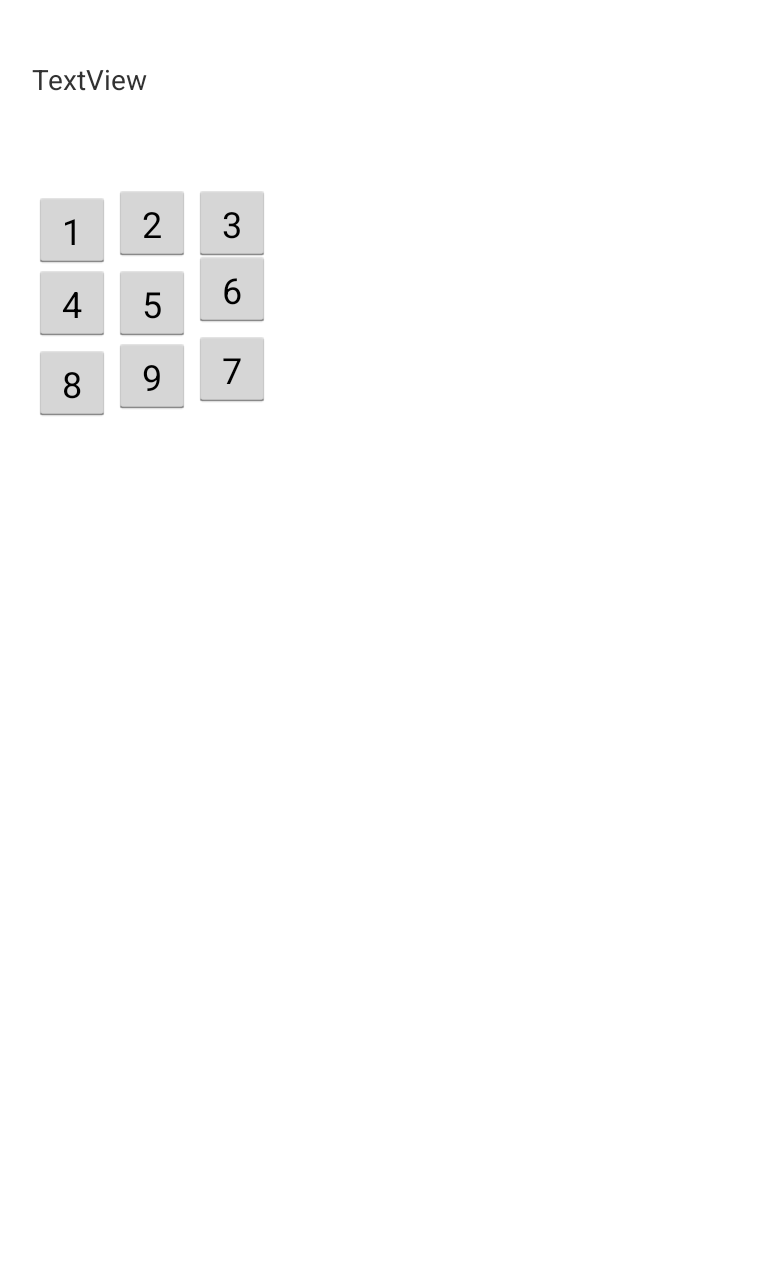
Repository: khushboop-optimus/Android-Assignment
Layout: calculator/res/layout/activity_main.xml
These files come from the project's save history. The layout is drawn as it stood at one moment and after the next save; the edit follows.
It is drawn on a 768 x 1280 px phone screen (xhdpi) without system bars, with theme AppTheme; the app's code is not run.

Above is the layout before, as saved 2013-09-13 04:21:41.

### calculator/res/layout/activity_main.xml
<RelativeLayout xmlns:android="http://schemas.android.com/apk/res/android"
    xmlns:tools="http://schemas.android.com/tools"
    android:layout_width="match_parent"
    android:layout_height="match_parent"
    android:paddingBottom="@dimen/activity_vertical_margin"
    android:paddingLeft="@dimen/activity_horizontal_margin"
    android:paddingRight="@dimen/activity_horizontal_margin"
    android:paddingTop="@dimen/activity_vertical_margin"
    tools:context=".MainActivity" >


            <Button
                android:id="@+id/2"
                android:layout_width="40dp"
                android:layout_height="40dp"
                android:layout_alignBaseline="@+id/1"
                android:layout_alignBottom="@+id/1"
                android:layout_toRightOf="@+id/1"
                android:text="2" />

            <Button
                android:id="@+id/4"
                android:layout_width="40dp"
                android:layout_height="40dp"
                android:layout_below="@+id/2"
                android:layout_toLeftOf="@+id/2"
                android:text="4" />

            <Button
                android:id="@+id/8"
                android:layout_width="40dp"
                android:layout_height="40dp"
                android:layout_below="@+id/4"
                android:layout_toLeftOf="@+id/2"
                android:text="8" />

            <Button
                android:id="@+id/9"
                android:layout_width="40dp"
                android:layout_height="40dp"
                android:layout_alignBaseline="@+id/8"
                android:layout_alignBottom="@+id/8"
                android:layout_alignLeft="@+id/2"
                android:text="9" />

            <Button
                android:id="@+id/3"
                android:layout_width="40dp"
                android:layout_height="40dp"
                android:layout_above="@+id/4"
                android:layout_toRightOf="@+id/9"
                android:text="3" />

            <Button
                android:id="@+id/7"
                android:layout_width="40dp"
                android:layout_height="40dp"
                android:layout_alignBaseline="@+id/9"
                android:layout_alignBottom="@+id/9"
                android:layout_alignLeft="@+id/3"
                android:text="7" />

            <Button
                android:id="@+id/5"
                android:layout_width="40dp"
                android:layout_height="40dp"
                android:layout_below="@+id/2"
                android:layout_toRightOf="@+id/1"
                android:text="5" />

            <Button
                android:id="@+id/6"
                android:layout_width="40dp"
                android:layout_height="40dp"
                android:layout_above="@+id/7"
                android:layout_alignLeft="@+id/7"
                android:text="6" />

            <TextView
                android:id="@+id/textView1"
                android:layout_width="500dp"
                android:layout_height="40dp"
                android:layout_alignParentTop="true"
                android:layout_marginTop="14dp"
                android:text="TextView" />

            <Button
                android:id="@+id/1"
                android:layout_width="40dp"
                android:layout_height="40dp"
                android:layout_alignLeft="@+id/textView1"
                android:layout_below="@+id/textView1"
                android:layout_marginTop="25dp"
                android:text="1" />

</RelativeLayout>

Loaded but not shown: calculator/res/values/styles.xml (common file); calculator/res/values-v11/styles.xml (common file); calculator/res/values-v14/styles.xml (common file); calculator/res/values/dimens.xml (common file)

After the next save:
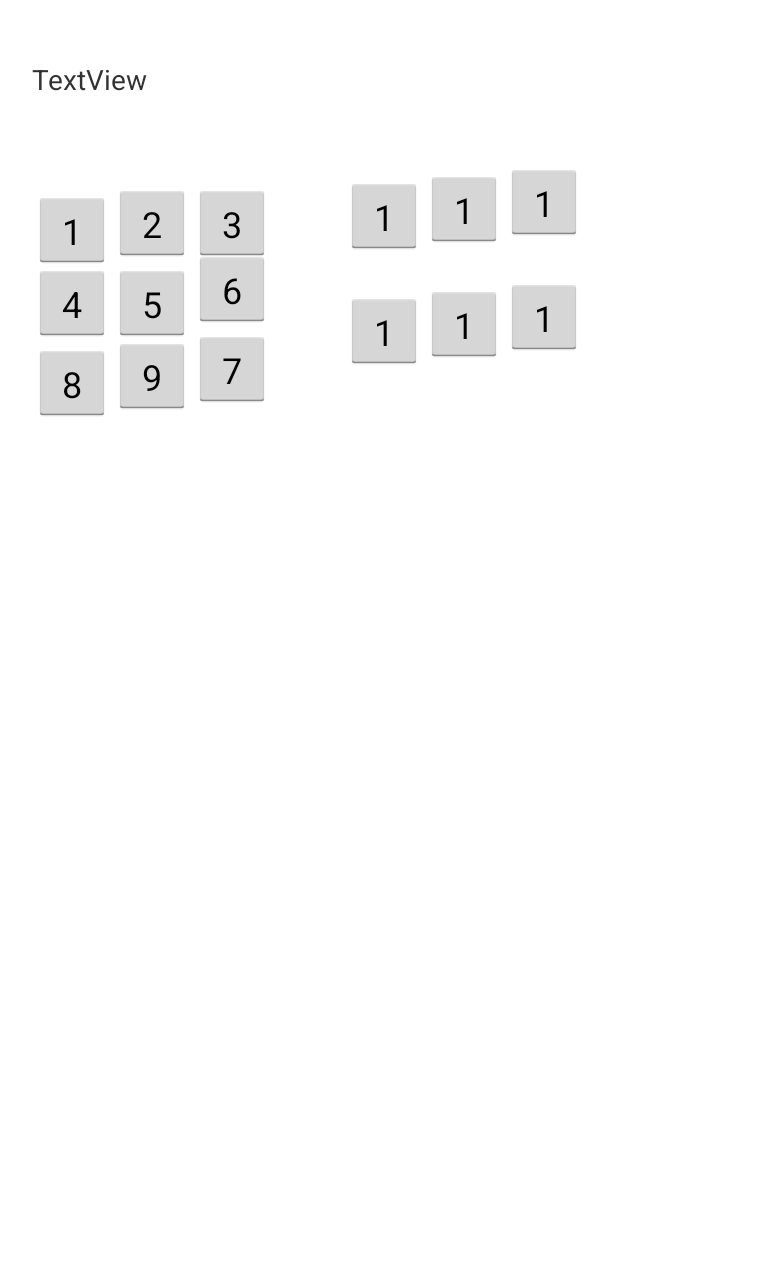
Saved 55 s later.
--- a/calculator/res/layout/activity_main.xml
+++ b/calculator/res/layout/activity_main.xml
@@ -93,4 +93,58 @@
                 android:layout_marginTop="25dp"
                 android:text="1" />
 
+            <Button
+                android:id="@+id/Button01"
+                android:layout_width="40dp"
+                android:layout_height="40dp"
+                android:layout_alignBaseline="@+id/3"
+                android:layout_alignBottom="@+id/3"
+                android:layout_centerHorizontal="true"
+                android:text="1" />
+
+            <Button
+                android:id="@+id/Button02"
+                android:layout_width="40dp"
+                android:layout_height="40dp"
+                android:layout_alignBaseline="@+id/Button01"
+                android:layout_alignBottom="@+id/Button01"
+                android:layout_toRightOf="@+id/Button01"
+                android:text="1" />
+
+            <Button
+                android:id="@+id/Button03"
+                android:layout_width="40dp"
+                android:layout_height="40dp"
+                android:layout_alignBaseline="@+id/Button02"
+                android:layout_alignBottom="@+id/Button02"
+                android:layout_toRightOf="@+id/Button02"
+                android:text="1" />
+
+            <Button
+                android:id="@+id/Button04"
+                android:layout_width="40dp"
+                android:layout_height="40dp"
+                android:layout_alignBottom="@+id/7"
+                android:layout_marginBottom="19dp"
+                android:layout_toLeftOf="@+id/Button02"
+                android:text="1" />
+
+            <Button
+                android:id="@+id/Button05"
+                android:layout_width="40dp"
+                android:layout_height="40dp"
+                android:layout_alignBaseline="@+id/Button04"
+                android:layout_alignBottom="@+id/Button04"
+                android:layout_toLeftOf="@+id/Button03"
+                android:text="1" />
+
+            <Button
+                android:id="@+id/Button06"
+                android:layout_width="40dp"
+                android:layout_height="40dp"
+                android:layout_alignBaseline="@+id/Button05"
+                android:layout_alignBottom="@+id/Button05"
+                android:layout_alignLeft="@+id/Button03"
+                android:text="1" />
+
 </RelativeLayout>
